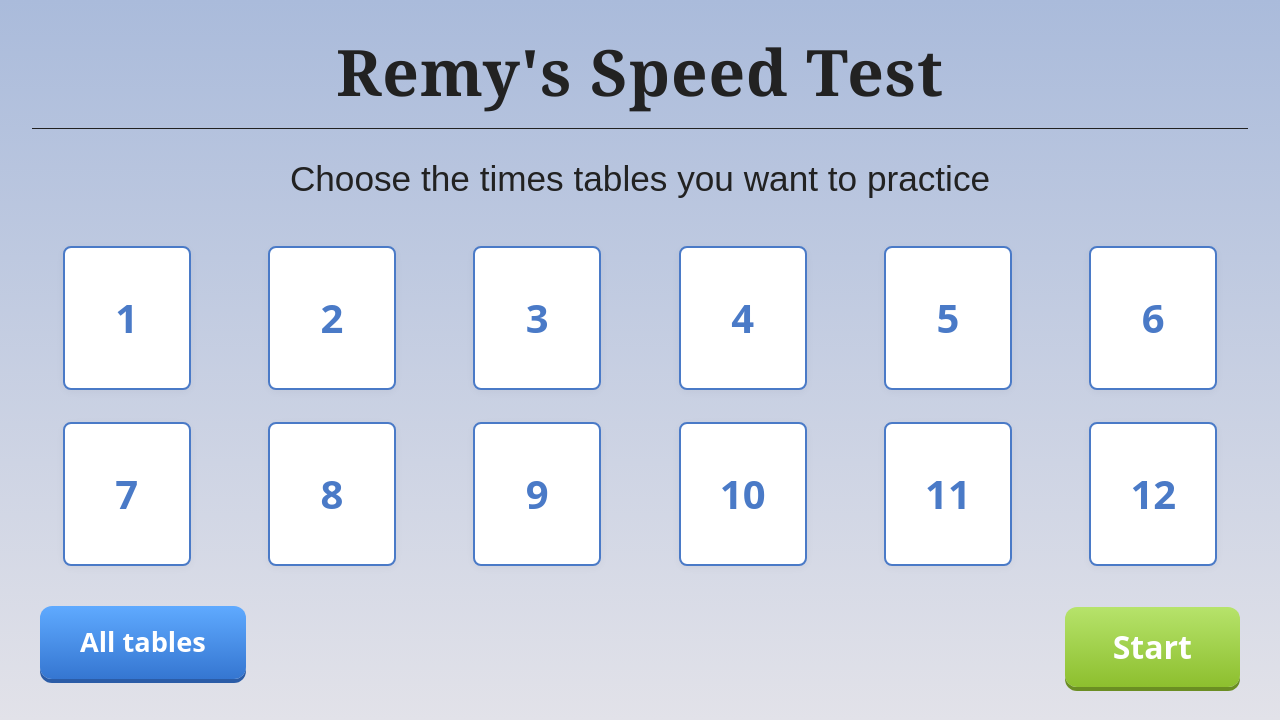
Repository: Chinurum-Omenuko/remys-speed-test
Page: / (app in app/)
These files come from the project's save history. The page is drawn as it stood at one moment and after the next save; the edit follows.
The browser window is 1280 px wide. The pictures show the whole page.
The project was rebuilt for these pictures with package versions that can differ from the ones it lists, and the page was loaded fresh each time. The framework's server and built-in components were replaced by stand-ins that run in the browser. Also part of the build but not shown: app/svelte.config.js, app/vite.config.ts.

Above is the page before, as saved 2025-11-17 09:55:00.

After the next save:
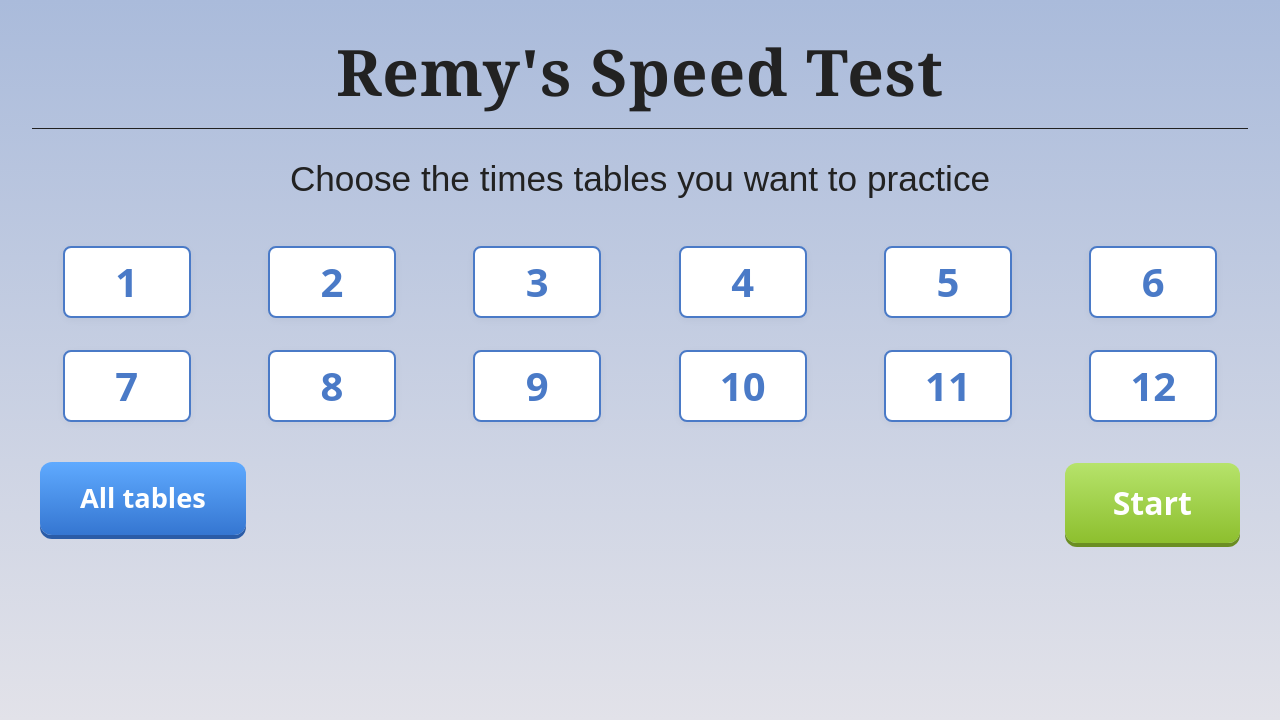
Saved 6 s later.
--- a/app/src/routes/+page.svelte
+++ b/app/src/routes/+page.svelte
@@ -198,7 +198,7 @@
 
 	@media (min-width: 1200px){
 		.table-btn{
-			height: 20vh;
+			height: 10vh;
 			width: 10vw;
 		}
 	}
